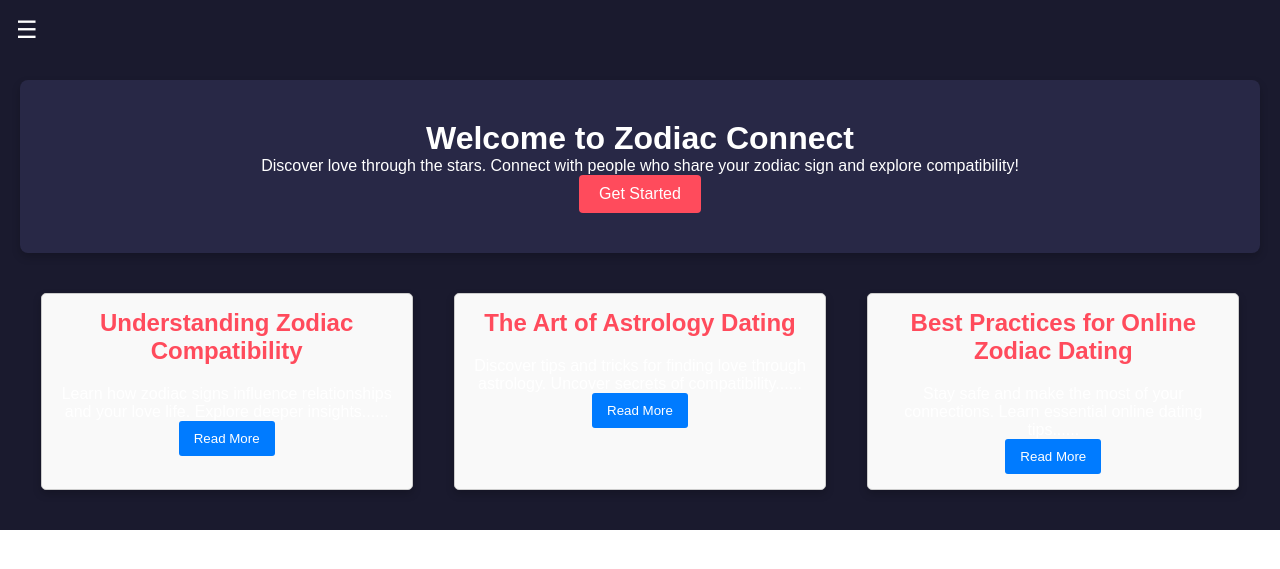
Repository: prachi-d-2/zodiac
Page: / (app in client/)
The author's editor kept a copy of each file at every save. The page is drawn from the files as they stood at one save, then again after the next save.
The browser window is 1280 px wide. The pictures show the whole page.
The project was rebuilt for these pictures with package versions that can differ from the ones it lists, and the page was loaded fresh each time. Also part of the build but not shown: client/src/services/authService.js, client/src/components/LoginRegister.css, client/src/components/LoginRegister.js, client/src/components/Forum.js, client/src/components/Profile.css, client/src/components/Profile.js, client/src/components/Horoscope.js, client/src/components/Connect.css and 2 more.

Above is the page before, as saved 2024-11-28 04:13:05.

### client/src/index.js
import React from 'react';
import App from './App'; // your main React component
import './index.css';
import './theme.css'; // Importing the global theme styles
import ReactDOM from 'react-dom/client';

const root = ReactDOM.createRoot(document.getElementById('root'));
root.render(<App />);

### client/src/App.js
import React, { useState } from 'react';
import { BrowserRouter as Router, Route, Routes } from 'react-router-dom';
import Navbar from './components/Navbar';
import Home from './components/Home';
import LoginRegister from './components/LoginRegister';
import Forum from './components/Forum';
import Profile from './components/Profile';
import Horoscope from './components/Horoscope';
import Connections from './components/Connect';
import ArticlePage from './components/ArticlePage';

function App() {
  const [isLoggedIn, setIsLoggedIn] = useState(false);

  return (
    <Router>
      <Navbar isLoggedIn={isLoggedIn} />
      <div className="App">
        <Routes>
          <Route path="/" element={<Home />} />
          <Route path="/loginregister" element={<LoginRegister setIsLoggedIn={setIsLoggedIn} />} />
          <Route path="/forum" element={<Forum />} />
          <Route path="/profile" element={<Profile />} />
          <Route path="/horoscope" element={<Horoscope />} />
          {isLoggedIn && <Route path="/connect" element={<Connections />} />}
          <Route path="/article" element={<ArticlePage />} />
        </Routes>
      </div>
    </Router>
  );
}

export default App;

### client/src/theme.css
:root {
    --primary-color: #1a1a2e;
    --secondary-color: #16213e;
    --accent-color: #0f3460;
    --text-color: #e94560;
    --background-color: #ffffff;
  }

  body {
    margin: 0;
    font-family: Arial, sans-serif;
    background-color: var(--background-color);
    color: var(--text-color);
  }

  .navbar {
    background-color: var(--primary-color);
    padding: 1rem;
  }

  .navbar a {
    color: var(--text-color);
    text-decoration: none;
    margin: 0 1rem;
  }

  .navbar a:hover {
    color: var(--accent-color);
  }

  .profile-container {
    padding: 2rem;
  }

  .profile-header {
    font-size: 2rem;
    color: var(--primary-color);
  }

  .profile-section {
    margin-top: 1rem;
  }

  .profile-section label {
    font-weight: bold;
    color: var(--secondary-color);
  }

  .profile-section input, .profile-section textarea {
    display: block;
    margin-top: 0.5rem;
    padding: 0.5rem;
    width: 100%;
    max-width: 400px;
    border: 1px solid var(--secondary-color);
    border-radius: 4px;
  }

  .edit-profile-button {
    margin-top: 1rem;
    padding: 0.5rem 1rem;
    background-color: var(--accent-color);
    color: var(--background-color);
    border: none;
    border-radius: 4px;
    cursor: pointer;
  }

  .edit-profile-button:hover {
    background-color: var(--text-color);
  }

### client/src/components/Navbar.js

import React, { useState } from 'react';
import { Link, useNavigate } from 'react-router-dom';
import './Navbar.css';

function Navbar({ isLoggedIn, setIsLoggedIn }) {
  const [isOpen, setIsOpen] = useState(false);
  const navigate = useNavigate();

  const toggleMenu = () => setIsOpen(!isOpen);

  const handleLogout = () => {
    localStorage.removeItem('token'); // Clear the token
    setIsLoggedIn(false);
    navigate('/'); // Redirect to homepage or login page
  };

  return (
    <nav className="navbar">
      <button onClick={toggleMenu} className="menu-button">
        ☰
      </button>
      <ul className={`nav-links ${isOpen ? 'show' : ''}`}>
        <li><Link to="/">Home</Link></li>
        <li><Link to="/loginregister">Login/Register</Link></li>
        <li><Link to="/forum">Forum</Link></li>
        <li><Link to="/horoscope">Today's Horoscope</Link></li>
        {isLoggedIn && (
          <>
            <li><Link to="/profile">Profile</Link></li>
            <li><Link to="/connect">Connect</Link></li>
            <li><span onClick={handleLogout} className="logout-link">Log out</span></li>
            <li><span className="logged-in-indicator">Logged in</span></li>
          </>
        )}
      </ul>
    </nav>
  );
}

export default Navbar;

### client/src/components/Home.js
import React, { useEffect, useState } from 'react';
import { useNavigate } from 'react-router-dom';
import './Home.css';

function Home() {
  const [articles, setArticles] = useState([]);
  const navigate = useNavigate();

  useEffect(() => {
    // Simulate fetching articles. Replace with your API call or data fetching logic.
    const fetchArticles = async () => {
      const mockArticles = [
        {
          id: 1,
          title: 'Understanding Zodiac Compatibility',
          content: '<p>Learn how zodiac signs influence relationships and your love life. Explore deeper insights...</p>',
        },
        {
          id: 2,
          title: 'The Art of Astrology Dating',
          content: '<p>Discover tips and tricks for finding love through astrology. Uncover secrets of compatibility...</p>',
        },
        {
          id: 3,
          title: 'Best Practices for Online Zodiac Dating',
          content: '<p>Stay safe and make the most of your connections. Learn essential online dating tips...</p>',
        },
      ];
      setArticles(mockArticles);
    };

    fetchArticles();
  }, []);

  const handleReadMore = (article) => {
    navigate(`/article/${article.id}`, { state: article });
  };

  return (
    <div className="home-container">
      <div className="welcome-banner">
        <h1>Welcome to Zodiac Connect</h1>
        <p>Discover love through the stars. Connect with people who share your zodiac sign and explore compatibility!</p>
        <button className="get-started-button">Get Started</button>
      </div>
      <div className="content-section">
        {articles.map((article) => (
          <div key={article.id} className="content-card">
            <h2>{article.title}</h2>
            <p>{article.content.replace(/<[^>]+>/g, '').slice(0, 100)}...</p>
            <button
              className="read-more-button"
              onClick={() => handleReadMore(article)}
            >
              Read More
            </button>
          </div>
        ))}
      </div>
    </div>
  );
}

export default Home;

### client/src/components/Navbar.css
.navbar {
    background-color: #1a1a2e;
    color: #ffffff;
    padding: 10px;
  }

  .menu-button {
    background: none;
    border: none;
    color: #ffffff;
    font-size: 24px;
  }

  .nav-links {
    display: none;
    list-style-type: none;
    padding: 0;
  }

  .nav-links.show {
    display: block;
  }

  .nav-links li {
    margin: 10px 0;
  }

  .nav-links a {
    color: #ffffff;
    text-decoration: none;
  }

  /* client/src/components/Navbar.css */
.logged-in-indicator {
  color: #4caf50; /* Green color for 'Logged in' */
  margin-left: 10px;
}

.logout-link {
  color: red;
  cursor: pointer;
  margin-left: 10px;
}

### client/src/components/Home.css
.home-container {
    background-color: #1a1a2e;
    color: #ffffff;
    text-align: center;
    padding: 20px;
    font-family: Arial, sans-serif;
  }

  .welcome-banner {
    background-color: #282846;
    padding: 40px;
    border-radius: 8px;
    margin-bottom: 20px;
    box-shadow: 0px 4px 8px rgba(0, 0, 0, 0.2);
  }

  .get-started-button {
    background-color: #ff4b5c;
    color: #ffffff;
    border: none;
    padding: 10px 20px;
    font-size: 16px;
    border-radius: 4px;
    cursor: pointer;
  }

  .get-started-button:hover {
    background-color: #ff6b7a;
  }

  .content-section {
    display: flex;
    justify-content: space-around;
    margin-top: 20px;
  }

  .content-card {
    background-color: #2f2f46;
    padding: 20px;
    border-radius: 8px;
    width: 30%;
    box-shadow: 0px 4px 8px rgba(0, 0, 0, 0.2);
  }

  .content-card h2 {
    color: #ff4b5c;
  }

.content-card {
  margin: 20px 0;
  padding: 15px;
  border: 1px solid #ccc;
  border-radius: 5px;
  background-color: #f9f9f9;
}

.read-more-button {
  background-color: #007bff;
  color: white;
  border: none;
  padding: 10px 15px;
  cursor: pointer;
  border-radius: 3px;
}

.read-more-button:hover {
  background-color: #0056b3;
}

### client/src/components/Forum.css
/* Forum.css */
* {
  margin: 0;
  padding: 0;
  box-sizing: border-box;
}

body, html {
  width: 100%;
  height: 100%;
  background-color: #1a1a2e;
  color: #ffffff;
  font-family: Arial, sans-serif;
  overflow-x: hidden;
}

.forum-container {
  width: 100%;
  height: 100%;
  padding: 20px;
  border-radius: 0;  /* Remove rounded corners */
}

h2 {
  text-align: center;
  color: #ff4b5c;
  margin-bottom: 20px;
}

.post-form {
  display: flex;
  flex-direction: column;
  gap: 10px;
  margin-bottom: 20px;
}

.post-form input,
.post-form textarea {
  width: 100%;
  padding: 10px;
  border-radius: 5px;
  border: 1px solid #3c3c4e;
  background-color: #282846;
  color: #ffffff;
  outline: none;
}

.post-form button {
  background-color: #ff4b5c;
  color: #ffffff;
  border: none;
  cursor: pointer;
  padding: 10px;
  width: 100%;
  font-size: 1rem;
  border-radius: 5px;
  transition: background-color 0.3s ease;
}

.post-form button:hover {
  background-color: #ff6f7b;
}

.error-message {
  color: #ff4b5c;
  text-align: center;
  margin-bottom: 10px;
}

.posts {
  margin-top: 20px;
}

.post {
  background-color: #282846;
  padding: 15px;
  margin-top: 15px;
  border-radius: 5px;
  transition: background-color 0.3s;
  cursor: pointer;
}

.post:hover {
  background-color: #3c3c4e;
}

.post h3 {
  color: #ff4b5c;
  font-size: 1.2rem;
  margin: 0 0 10px;
}

.post p {
  color: #b3b3cc;
  font-size: 1rem;
  line-height: 1.5;
  white-space: nowrap;
  overflow: hidden;
  text-overflow: ellipsis;
  max-width: 100%;
}

.post-actions {
  display: flex;
  justify-content: space-between;
  margin-top: 10px;
}

.post-actions span {
  color: #ff4b5c;
  cursor: pointer;
  font-size: 0.9rem;
  display: inline-flex;
  align-items: center;
  gap: 5px;
  transition: color 0.3s;
}

.post-actions span:hover {
  color: #ff6f7b;
}

/* Mobile Responsive */
@media (max-width: 600px) {
  .forum-container {
    padding: 15px;
  }

  .post-form button {
    font-size: 0.9rem;
  }

  .post h3 {
    font-size: 1rem;
  }

  .post p {
    font-size: 0.9rem;
  }
}

Loaded but not shown: client/public/index.html (common file); client/src/index.css (common file)

After the next save:
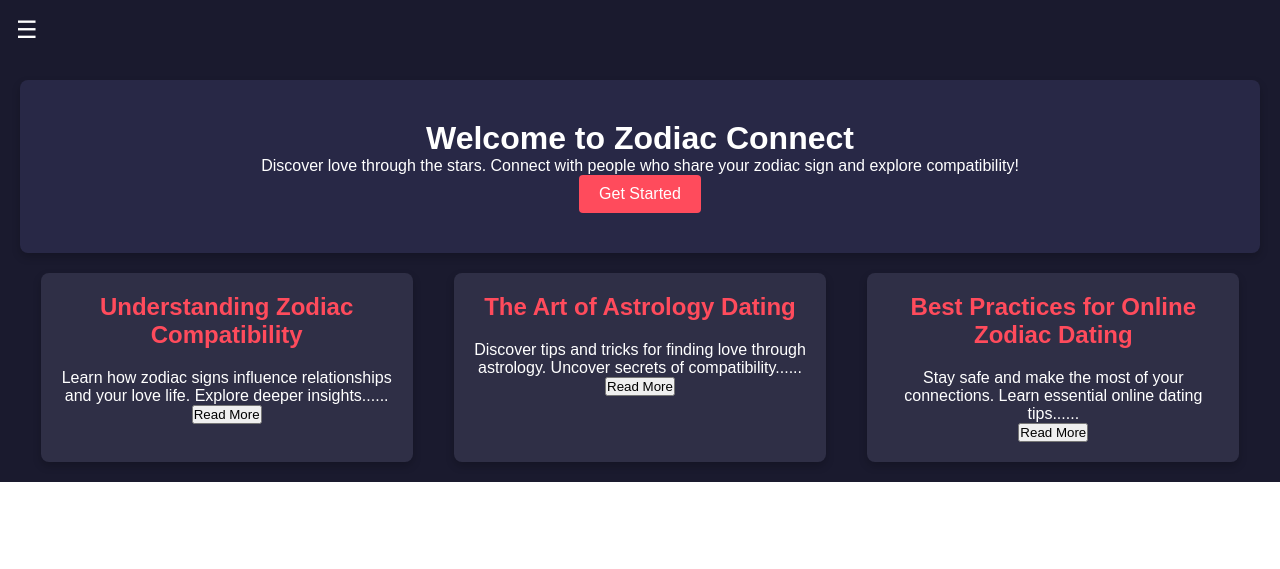
Saved 14 s later.
--- a/client/src/components/Home.css
+++ b/client/src/components/Home.css
@@ -45,24 +45,3 @@
   .content-card h2 {
     color: #ff4b5c;
   }
-
-.content-card {
-  margin: 20px 0;
-  padding: 15px;
-  border: 1px solid #ccc;
-  border-radius: 5px;
-  background-color: #f9f9f9;
-}
-
-.read-more-button {
-  background-color: #007bff;
-  color: white;
-  border: none;
-  padding: 10px 15px;
-  cursor: pointer;
-  border-radius: 3px;
-}
-
-.read-more-button:hover {
-  background-color: #0056b3;
-}
